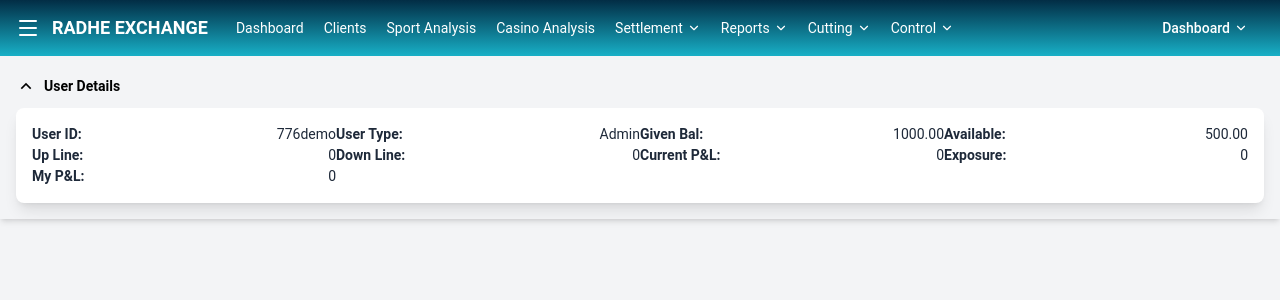
Repository: Habeebur1493/Radhe-Exchange
Page: /dashboard (app in frontend/), after clicking the first element matching `div.cursor-pointer`
An editor plug-in stored every save of this project. The page is shown before and after the next save, followed by the edit.
The browser window is 1280 px wide. The pictures show the whole page.
Some web libraries are served in a nearby version. The project was rebuilt for these pictures with package versions that can differ from the ones it lists, and the page was loaded fresh each time. Also part of the build but not shown: frontend/vite.config.js, frontend/src/components/login.jsx, frontend/src/components/Register.jsx.

Above is the page before, as saved 2025-03-03 18:31:28.

After the next save:
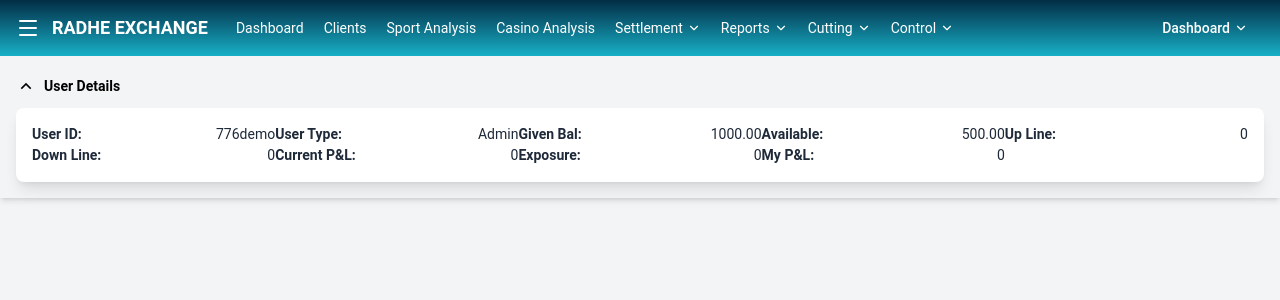
Saved 24 s later.
--- a/frontend/src/components/dashboard.jsx
+++ b/frontend/src/components/dashboard.jsx
@@ -228,7 +228,7 @@ const Dashboard = () => {
       {/* Dropdown Content */}
       {isOpen && (
         <div className="mt-2 bg-white p-4 shadow-lg rounded-lg transition-all duration-300">
-          <div className="grid grid-cols-4 text-gray-800">
+          <div className="grid grid-cols-5 text-gray-800">
             {[
               { label: "User ID", value: "776demo" },
               { label: "User Type", value: "Admin" },
